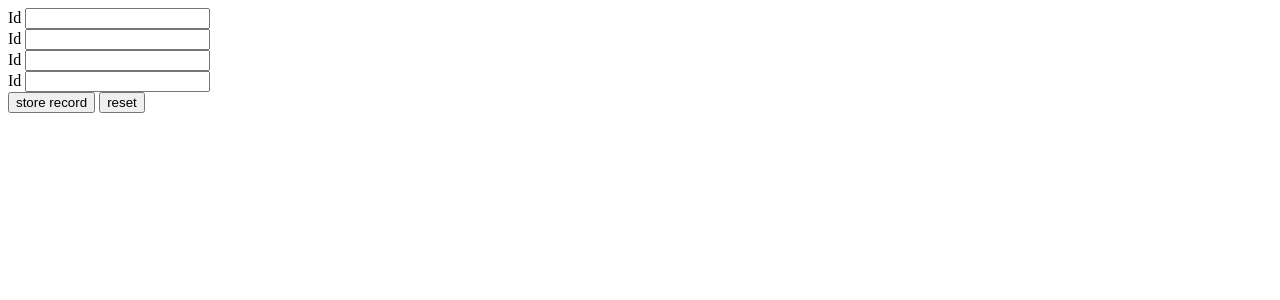
Repository: Kaleakash/mentorsession
Page: http://localhost/SpringMVCWithORM/employeeStore.jsp
These files come from the project's save history. The page is drawn as it stood at one moment and after the next save; the edit follows.
The browser window is 1280 px wide. The pictures show the whole page.
The page is served by Tomcat 9. Other server files are loaded and not shown.

Above is the page before, as saved 2022-04-25 04:40:11.

### Workspace/SpringMVCWithORM/WebContent/employeeStore.jsp
<%@ page language="java" contentType="text/html; charset=ISO-8859-1"
    pageEncoding="ISO-8859-1"%>
<!DOCTYPE html>
<html>
<head>
<meta charset="ISO-8859-1">
<title>Insert title here</title>
</head>
<body>
<form action="storeEmployee" method="post">
	<label>Id</label>
	<input type="text" name="id"><br/>
	<label>Id</label>
	<input type="text" name="name"><br/>
	<label>Id</label>
	<input type="text" name="salary"><br/>
	<label>Id</label>
	<input type="text" name="desg"><br/>
	<input type="submit" value="store record">
	<input type="reset" value="reset">
</form>
</body>
</html>

After the next save:
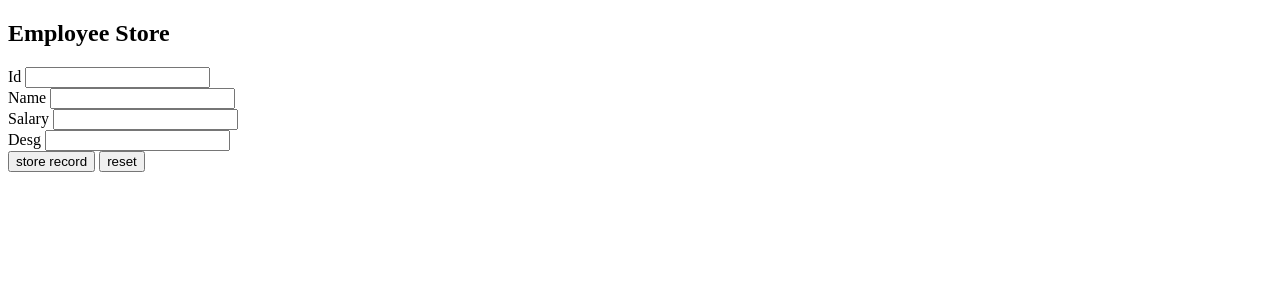
Saved 21 s later.
--- a/Workspace/SpringMVCWithORM/WebContent/employeeStore.jsp
+++ b/Workspace/SpringMVCWithORM/WebContent/employeeStore.jsp
@@ -7,14 +7,15 @@
 <title>Insert title here</title>
 </head>
 <body>
+<h2>Employee Store</h2>
 <form action="storeEmployee" method="post">
 	<label>Id</label>
 	<input type="text" name="id"><br/>
-	<label>Id</label>
+	<label>Name</label>
 	<input type="text" name="name"><br/>
-	<label>Id</label>
+	<label>Salary</label>
 	<input type="text" name="salary"><br/>
-	<label>Id</label>
+	<label>Desg</label>
 	<input type="text" name="desg"><br/>
 	<input type="submit" value="store record">
 	<input type="reset" value="reset">
